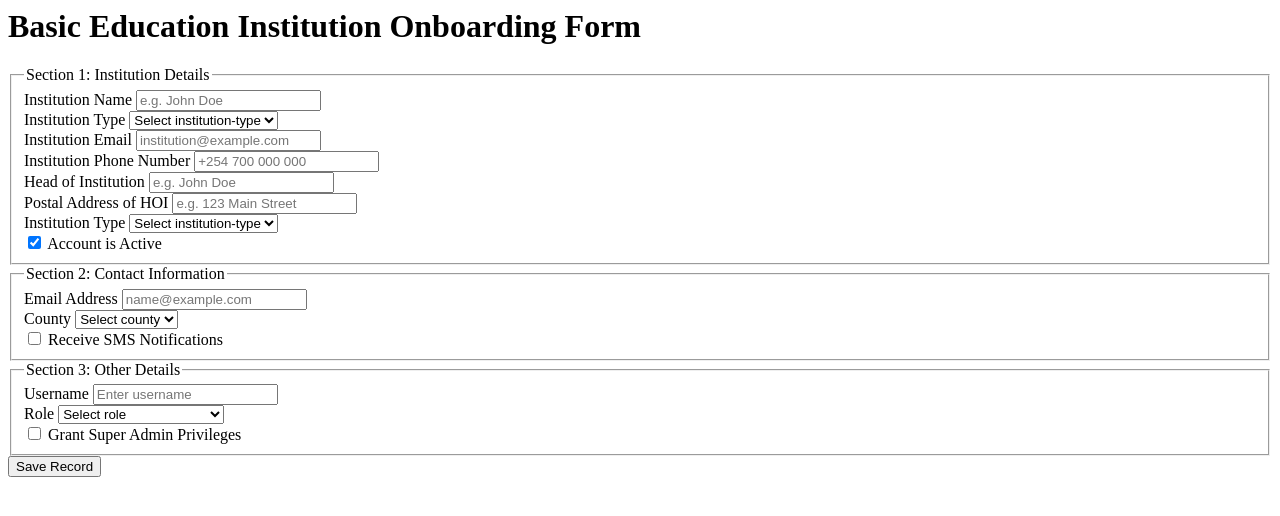
Repository: ndirituart/KEMIS
Page: angular-client/src/app/pages/basic-education/basic-education.html
An editor plug-in stored every save of this project. The page is shown before and after a run of saves, followed by the edit.
The browser window is 1280 px wide. The pictures show the whole page.

Above is the page before, as saved 2026-10-19 17:51:03.

After the next 2 saves:
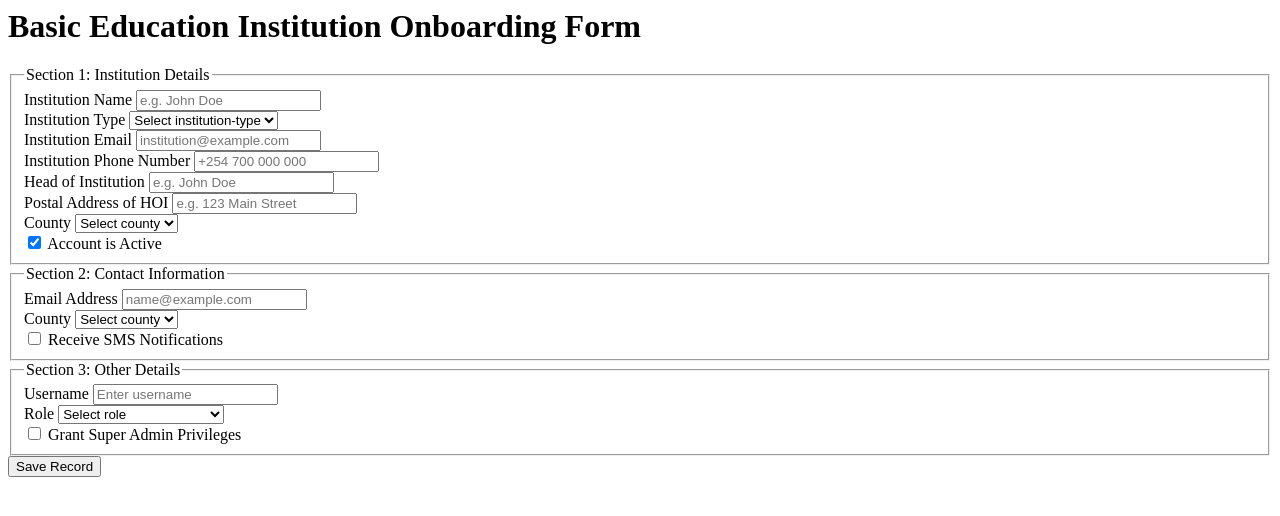
The 2 saves are shown as one change because they came seconds apart.
The last was saved 9 s later.
--- a/angular-client/src/app/pages/basic-education/basic-education.html
+++ b/angular-client/src/app/pages/basic-education/basic-education.html
@@ -51,12 +51,12 @@
 
       <!--County List-->
       <div class="col-md-6">
-        <label for="institution-type" class="form-label fw-semibold">Institution Type</label>
-        <select class="form-select" id="institution-type" name="institution-type" required>
-          <option value="" disabled selected>Select institution-type</option>
-          <option value="Boy's School">Boy's School</option>
-          <option value="Girl's School">Girl's School</option>
-          <option value="Mixed School">Mixed School</option>
+        <label for="county" class="form-label fw-semibold">County</label>
+        <select class="form-select" id="county" name="county" required>
+          <option value="" disabled selected>Select county</option>
+          <option value="Nairobi">Nairobi</option>
+          <option value="Mombasa">Mombasa</option>
+          <option value="Kisumu">Kisumu</option>
         </select>
       </div>
 
